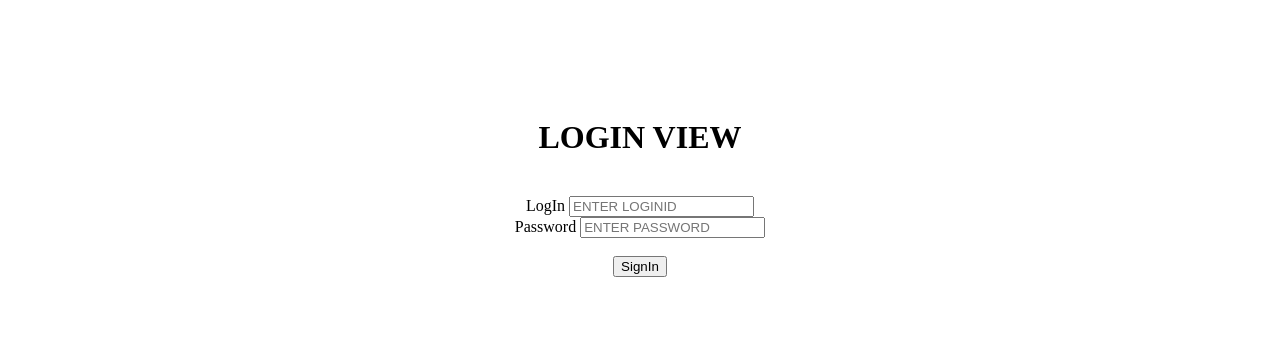
Repository: paras7974/project03practical
Page: http://localhost/proj003/LoginView.jsp
These files come from the project's save history. The page is drawn as it stood at one moment and after the next save; the edit follows.
The browser window is 1280 px wide. The pictures show the whole page.
The page is served by Tomcat 9. Other server files are loaded and not shown.

Above is the page before, as saved 2023-11-30 06:13:58.

### project3prac/proj003/src/main/webapp/LoginView.jsp
<%@ page language="java" contentType="text/html; charset=ISO-8859-1"
    pageEncoding="ISO-8859-1"%>
<!DOCTYPE html>
<html>
<head>
<meta charset="ISO-8859-1">
<title>Insert title here</title>
</head>
<body>
   <form action="LoginCtl" method="post">

   <br><br><br><br><br>
   <div align="center">
   <h1>LOGIN VIEW</h1>
   <table>
   <br>
       <div>
           <label>LogIn</label>
           <input type="text" name = "login" placeholder="ENTER LOGINID">
       </div>

        <div>
          <label>Password</label>
          <input type="text" name = "password" placeholder="ENTER PASSWORD">

        </div>

        <br> <div class="text-center">

          <input type="submit" name = "operation" value="SignIn">
        </div>



   </table>
   </div>

   </form>
</body>
</html>

After the next save:
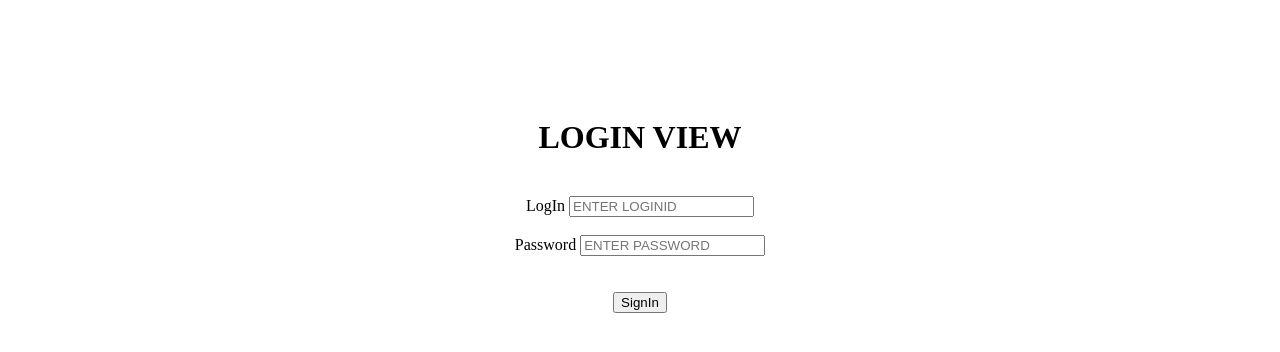
Saved 4 min 12 s later.
--- a/project3prac/proj003/src/main/webapp/LoginView.jsp
+++ b/project3prac/proj003/src/main/webapp/LoginView.jsp
@@ -16,12 +16,12 @@
    <br>
        <div>
            <label>LogIn</label>
-           <input type="text" name = "login" placeholder="ENTER LOGINID">
+           <input type="text" name = "login" placeholder="ENTER LOGINID"> <br><br>
        </div>
 
         <div>
           <label>Password</label>
-          <input type="text" name = "password" placeholder="ENTER PASSWORD">
+          <input type="text" name = "password" placeholder="ENTER PASSWORD"><br><br>
 
         </div>
 
